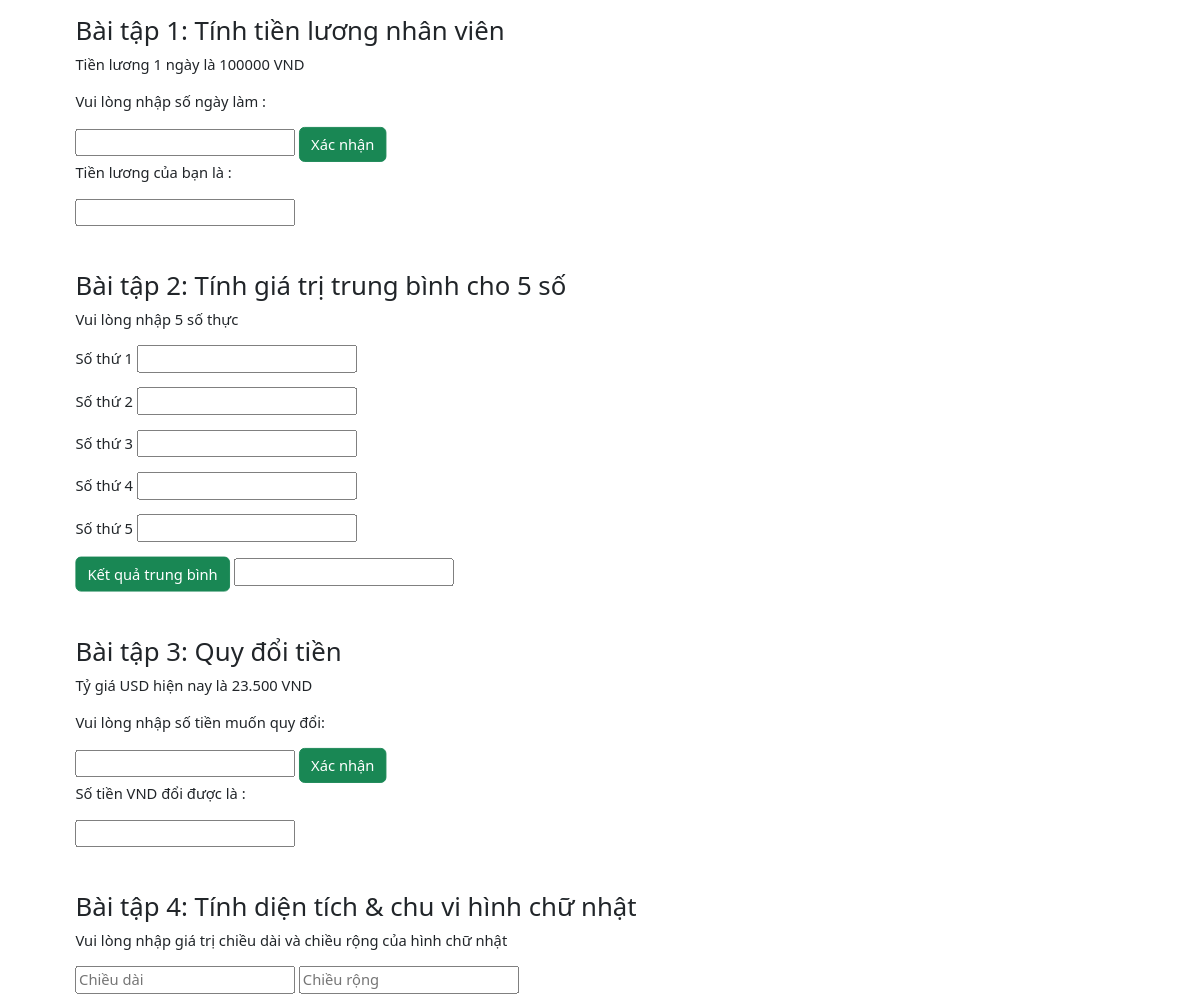
Repository: hcozyph/TranHuuPhuoc_BC43_BT_JS_Buoi2
Page: index.html
The author's editor kept a copy of each file at every save. The page is drawn from the files as they stood at one save, then again after the next save.
The browser window is 1280 px wide. The pictures show the whole page, at 92% of full size.

Above is the page before, as saved 2023-01-21 22:44:10.

### index.html
<!DOCTYPE html>
<html lang="en">
    <head>
        <title>BT JS - Buoi 1</title>
        <!-- Required meta tags -->
        <meta charset="utf-8" />
        <meta
            name="viewport"
            content="width=device-width, initial-scale=1, shrink-to-fit=no"
        />

        <!-- Bootstrap CSS v5.2.1 -->
        <link
            href="https://cdn.jsdelivr.net/npm/bootstrap@5.2.1/dist/css/bootstrap.min.css"
            rel="stylesheet"
            integrity="sha384-iYQeCzEYFbKjA/T2uDLTpkwGzCiq6soy8tYaI1GyVh/UjpbCx/TYkiZhlZB6+fzT"
            crossorigin="anonymous"
        />

        <!-- FontAwesome 6.2.0 CSS -->
        <link
            rel="stylesheet"
            href="https://cdnjs.cloudflare.com/ajax/libs/font-awesome/6.2.0/css/all.min.css"
            integrity="sha512-xh6O/CkQoPOWDdYTDqeRdPCVd1SpvCA9XXcUnZS2FmJNp1coAFzvtCN9BmamE+4aHK8yyUHUSCcJHgXloTyT2A=="
            crossorigin="anonymous"
            referrerpolicy="no-referrer"
        />

        <!-- index.css -->
        <link rel="stylesheet" href="./style/index.css" />
    </head>

    <body>
        <!-- BT1 -->
        <div class="container">
            <div class="BT1">
                <h1 class="fs-3 mt-3">Bài tập 1: Tính tiền lương nhân viên</h1>
                <p>Tiền lương 1 ngày là 100000 VND</p>
                <p>Vui lòng nhập số ngày làm :</p>
                <input type="number" id="soNgayLam" />
                <button
                    class="btn btn-success"
                    id="btnXacNhan"
                    onclick="inputSoNgayLam()"
                >
                    Xác nhận
                </button>
                <p>Tiền lương của bạn là :</p>
                <input type="text" id="result" />
            </div>

            <!-- BT2 -->
            <div class="BT2">
                <h1 class="fs-3 mt-5">
                    Bài tập 2: Tính giá trị trung bình cho 5 số
                </h1>
                <p>Vui lòng nhập 5 số thực</p>

                <p>Số thứ 1 <input type="number" id="n1" /></p>
                <p>Số thứ 2 <input type="number" id="n2" /></p>
                <p>Số thứ 3 <input type="number" id="n3" /></p>
                <p>Số thứ 4 <input type="number" id="n4" /></p>
                <p>Số thứ 5 <input type="number" id="n5" /></p>

                <button
                    class="btn btn-success"
                    id="btnAverage"
                    onclick="average()"
                >
                    Kết quả trung bình
                </button>
                <input type="text" id="average" />
            </div>

            <!-- BT3 -->
            <div class="BT3">
                <h1 class="fs-3 mt-5">Bài tập 3: Quy đổi tiền</h1>
                <p>Tỷ giá USD hiện nay là 23.500 VND</p>
                <p>Vui lòng nhập số tiền muốn quy đổi:</p>

                <input type="number" id="inputUsd" />
                <button
                    class="btn btn-success"
                    id="btnTradeMoney"
                    onclick="tradeMoney ()"
                >
                    Xác nhận
                </button>

                <p>Số tiền VND đổi được là :</p>
                <input type="text" id="tradeMoney" />
            </div>

            <!-- BT4 -->
            <div class="BT4">
                <h1 class="fs-3 mt-5">
                    Bài tập 4: Tính diện tích & chu vi hình chữ nhật
                </h1>
                <p>
                    Vui lòng nhập giá trị chiều dài và chiều rộng của hình chữ
                    nhật
                </p>
                <input type="number" id="length" placeholder="Chiều dài" />
                <input type="number" id="width" placeholder="Chiều rộng" />
            </div>
        </div>

        <!-- Bootstrap JavaScript Libraries -->
        <script
            src="https://cdn.jsdelivr.net/npm/@popperjs/core@2.11.6/dist/umd/popper.min.js"
            integrity="sha384-oBqDVmMz9ATKxIep9tiCxS/Z9fNfEXiDAYTujMAeBAsjFuCZSmKbSSUnQlmh/jp3"
            crossorigin="anonymous"
        ></script>

        <script
            src="https://cdn.jsdelivr.net/npm/bootstrap@5.2.1/dist/js/bootstrap.min.js"
            integrity="sha384-7VPbUDkoPSGFnVtYi0QogXtr74QeVeeIs99Qfg5YCF+TidwNdjvaKZX19NZ/e6oz"
            crossorigin="anonymous"
        ></script>

        <!-- index.js -->
        <script src="./index.js"></script>
    </body>
</html>

### index.js
//BT1: Tính tiền lương nhân viên
function inputSoNgayLam () {
    //input
    var soNgayLam = document.getElementById('soNgayLam').value;
    var luongMotNgay = 100000;
    //output
    var result = 0;

    var result = parseInt(soNgayLam) * parseInt(luongMotNgay);

    document.getElementById('result').value = result.toLocaleString() + ' VND';
}

//BT2: Tính trung bình cộng 5 số
function average () {
    //input
    var n1 = document.getElementById('n1').value;
    var n2 = document.getElementById('n2').value;
    var n3 = document.getElementById('n3').value;
    var n4 = document.getElementById('n4').value;
    var n5 = document.getElementById('n5').value;
    //output
    var average = 0;
    var soLuongInput = 5;

    var sum = parseFloat(n1) + parseFloat(n2) + parseFloat(n3) + parseFloat(n4) + parseFloat(n5);

    var average =  sum / parseFloat(soLuongInput) ;

    document.getElementById('average').value = average;
}

//BT3: Quy đổi tiền
function tradeMoney () {
    //input
    var inputUsd = document.getElementById('inputUsd').value;
    var tyGia = 23500;

    //output
    var tradeMoney = 0;

    var tradeMoney = parseInt(inputUsd) * parseInt(tyGia);
    document.getElementById('tradeMoney').value = tradeMoney.toLocaleString() + ' VND';


}










/*
Link vercel:
https://tran-huu-phuoc-bc-43-bt-js-buoi1.vercel.app/
*/

Loaded but not shown: style/index.css (no stored copy; drawn as an empty file)

After the next save:
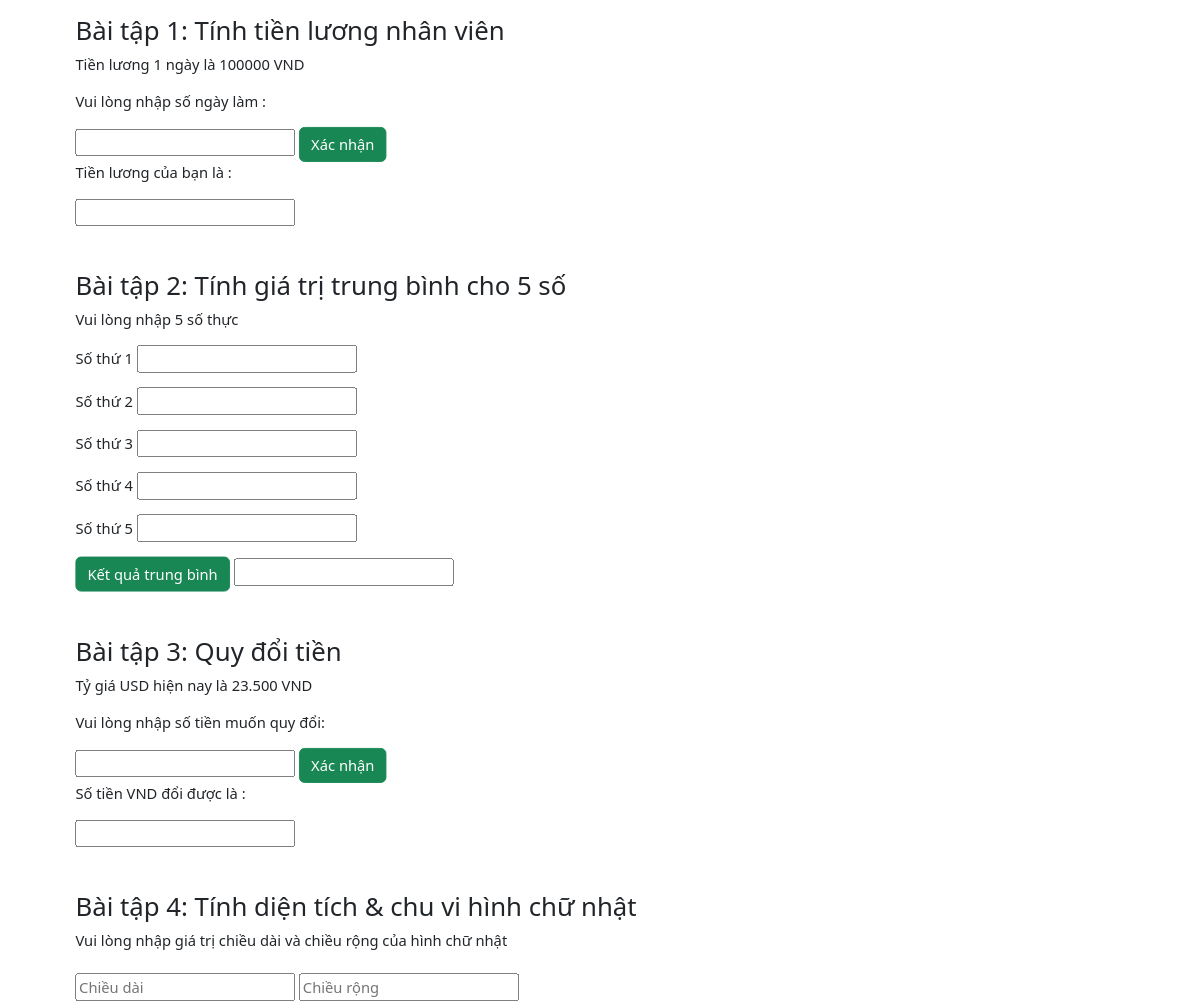
Saved 26 s later.
--- a/index.html
+++ b/index.html
@@ -100,8 +100,14 @@
                     Vui lòng nhập giá trị chiều dài và chiều rộng của hình chữ
                     nhật
                 </p>
+
                 <input type="number" id="length" placeholder="Chiều dài" />
-                <input type="number" id="width" placeholder="Chiều rộng" />
+                <input
+                    class="mt-2"
+                    type="number"
+                    id="width"
+                    placeholder="Chiều rộng"
+                />
             </div>
         </div>
 
